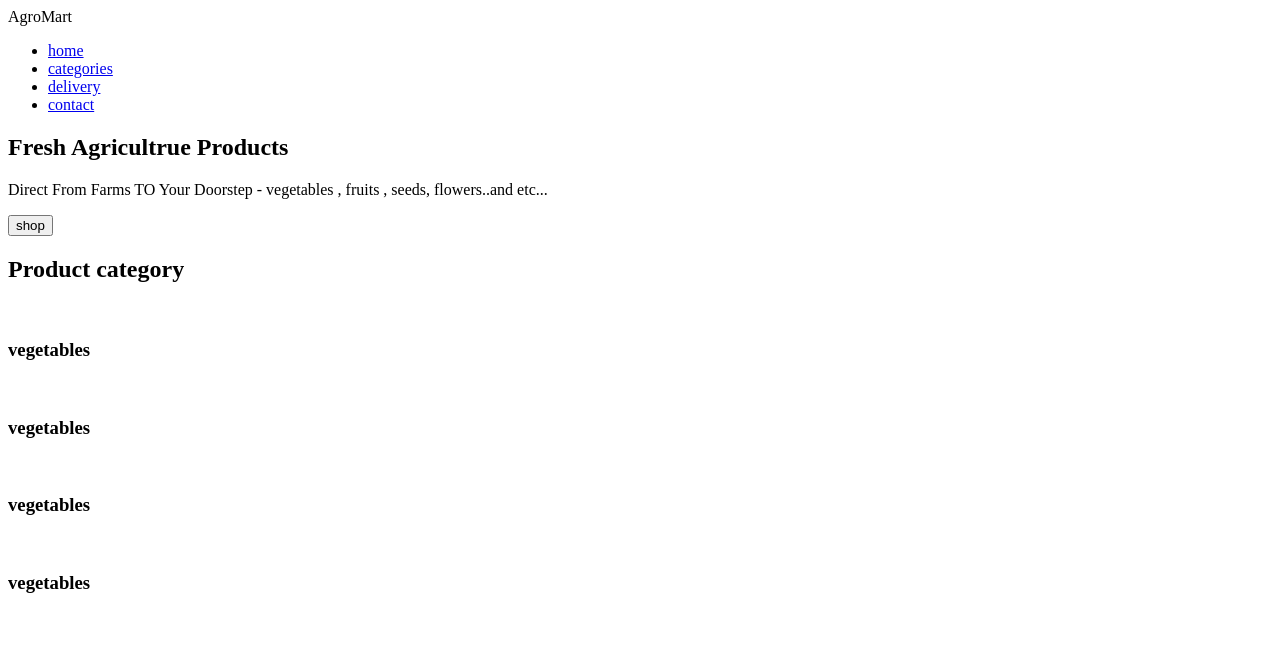
Repository: wingming07/Agro_mart
Page: index.html
The author's editor kept a copy of each file at every save. The page is drawn from the files as they stood at one save, then again after the next save.
The browser window is 1280 px wide. The pictures show the whole page.

Above is the page before, as saved 2025-06-09 14:38:58.

After the next save:
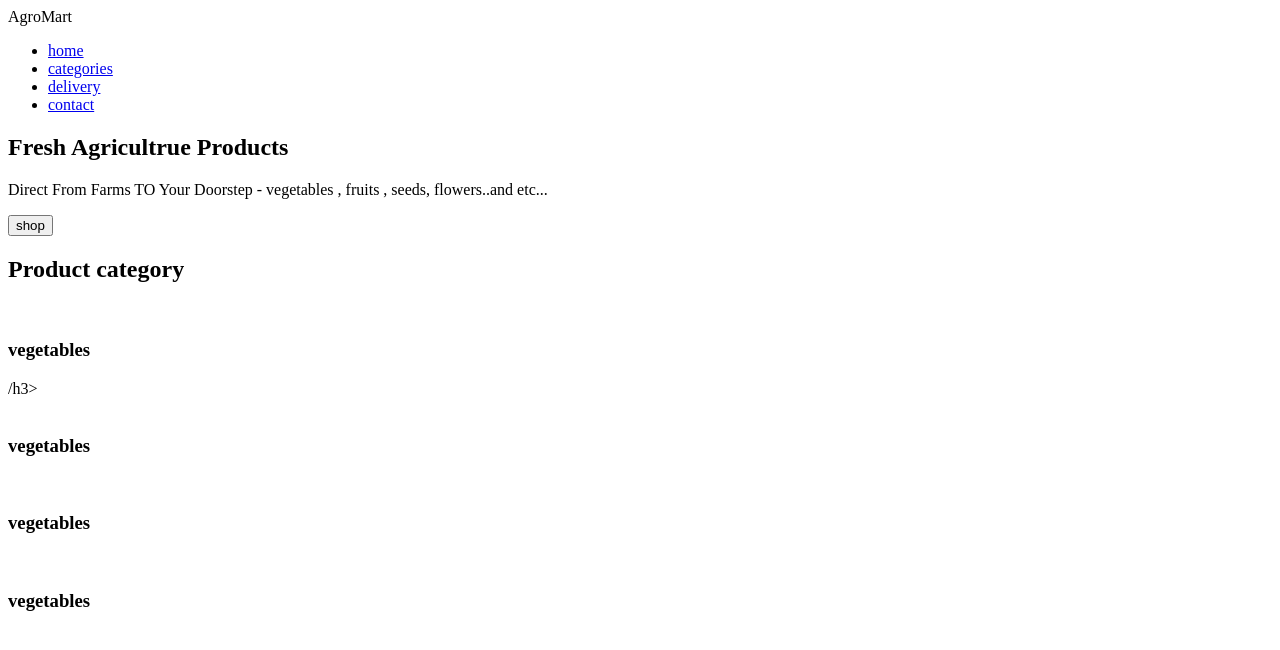
Saved 4 s later.
--- a/index.html
+++ b/index.html
@@ -29,7 +29,7 @@
             <div class="category-container">
                 <div class="category-card">
                     <img src="" alt=""/>
-                    <h3>vegetables</d></h3>
+                    <h3>vegetables</d></div>/h3>
                 </div>
                 <div class="category-card">
                     <img src="" alt=""/>

After the save that followed:
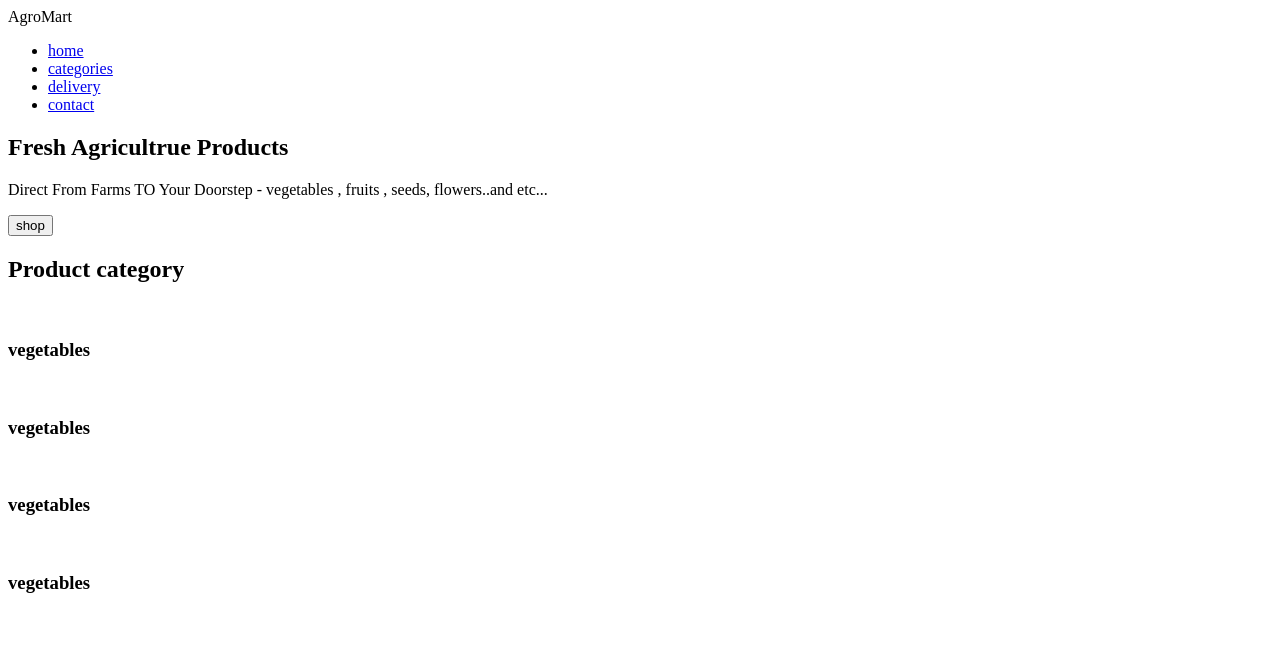
Saved 10 s later.
--- a/index.html
+++ b/index.html
@@ -29,7 +29,7 @@
             <div class="category-container">
                 <div class="category-card">
                     <img src="" alt=""/>
-                    <h3>vegetables</d></div>/h3>
+                    <h3>vegetables</h3>
                 </div>
                 <div class="category-card">
                     <img src="" alt=""/>
